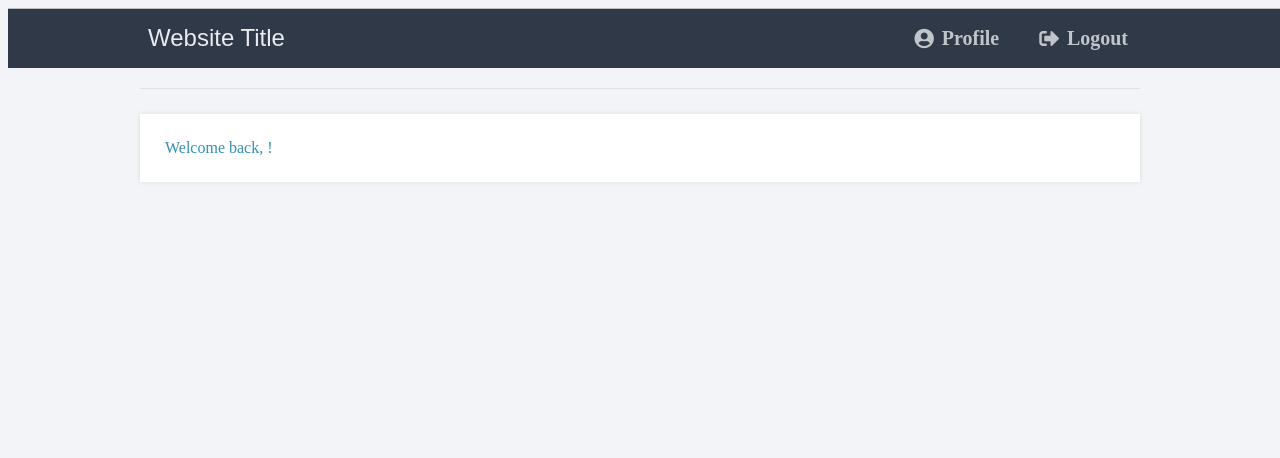
Repository: fab5052/the_district_Site
Page: SignIn.html
An editor plug-in stored every save of this project. The page is shown before and after the next save, followed by the edit.
The browser window is 1280 px wide. The pictures show the whole page.

Above is the page before, as saved 2024-03-20 22:34:04.

After the next save:
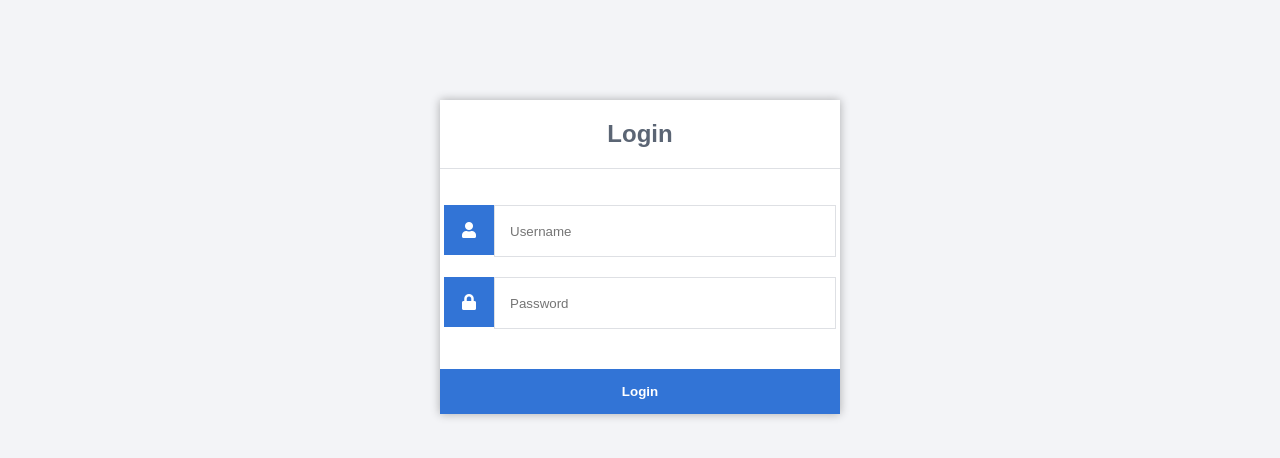
Saved 4 min 59 s later.
--- a/SignIn.html
+++ b/SignIn.html
@@ -108,16 +108,19 @@
             <i class="neon-blue">Compte</i>
           </h1>-->
           <body class="loggedin">
-            <nav class="navtop">
-              <div>
-                <h1>Website Title</h1>
-                <a href="profile.php"><i class="fas fa-user-circle"></i>Profile</a>
-                <a href="logout.php"><i class="fas fa-sign-out-alt"></i>Logout</a>
-              </div>
-            </nav>
-            <div class="content">
-              <h2>Home Page</h2>
-              <p>Welcome back, <?=htmlspecialchars($_SESSION['name'], ENT_QUOTES)?>!</p>
+            <div class="login">
+              <h1>Login</h1>
+              <form action="authenticate.php" method="post">
+                <label for="username">
+                  <i class="fas fa-user"></i>
+                </label>
+                <input type="text" name="username" placeholder="Username" id="username" required>
+                <label for="password">
+                  <i class="fas fa-lock"></i>
+                </label>
+                <input type="password" name="password" placeholder="Password" id="password" required>
+                <input type="submit" value="Login">
+              </form>
             </div>
 
 
